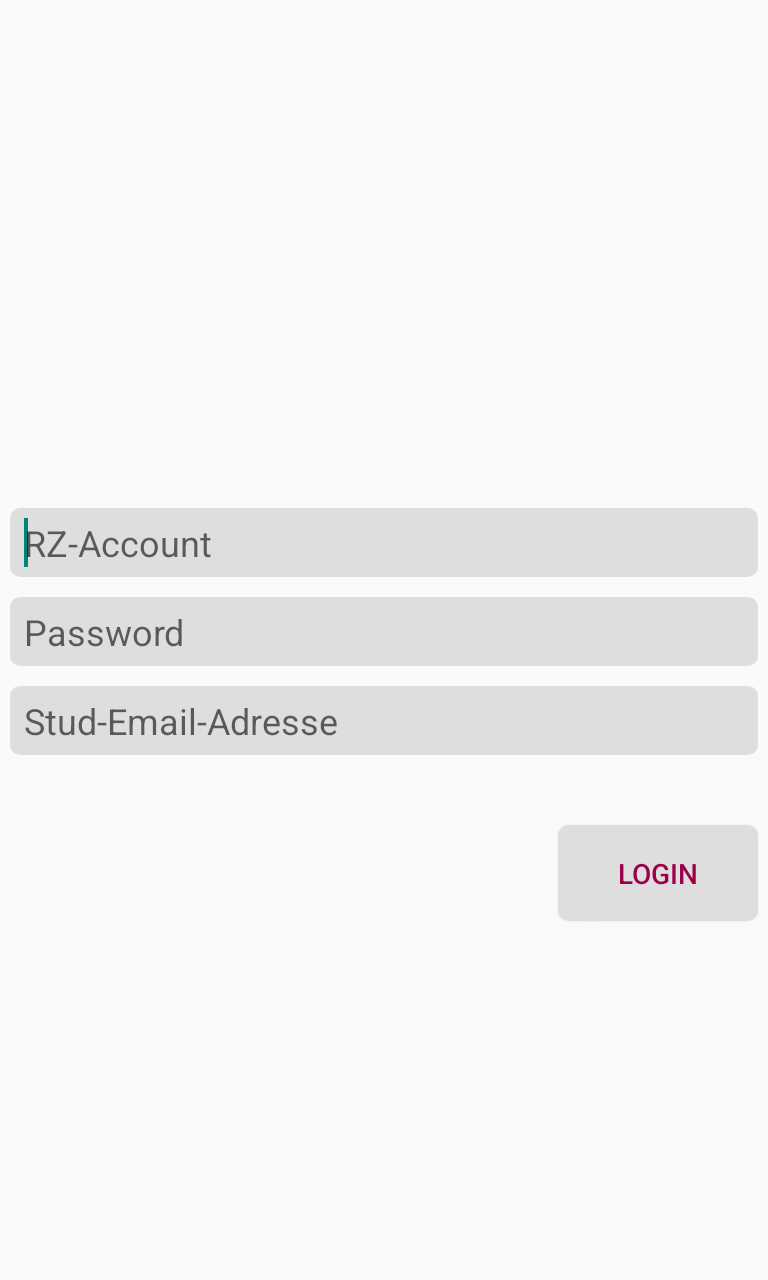
Repository: Kinderfest/Uni
Layout: CampusApp1.5/res/layout/login_layout.xml
An editor plug-in stored every save of this project. The layout is shown before and after the next save, followed by the edit.
It is drawn on a 768 x 1280 px phone screen (xhdpi) without system bars, with theme AppTheme; the app's code is not run.

Above is the layout before, as saved 2014-09-28 20:17:39.

After the next save:
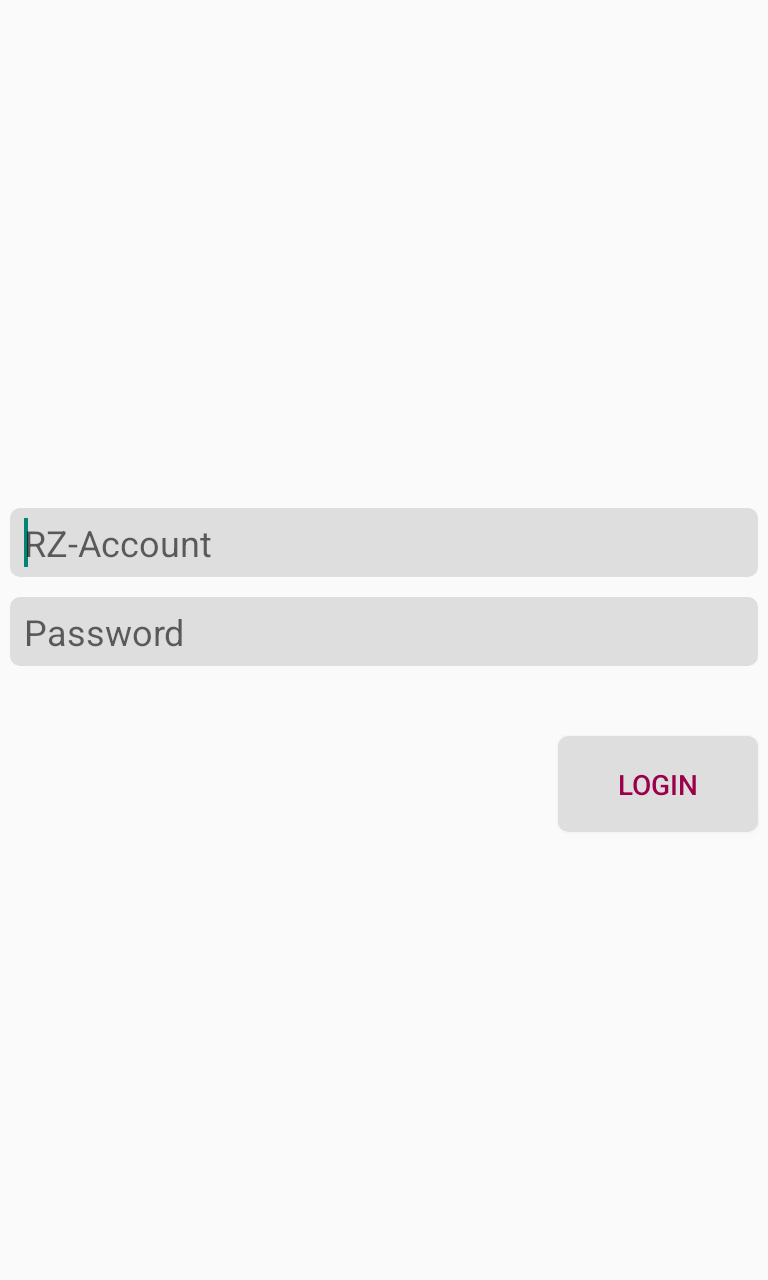
Saved 60 s later.
--- a/CampusApp1.5/res/layout/login_layout.xml
+++ b/CampusApp1.5/res/layout/login_layout.xml
@@ -1,5 +1,4 @@
-<?xml version="1.0" encoding="utf-8"?>
-<RelativeLayout xmlns:android="http://schemas.android.com/apk/res/android"
+<?xml version="1.0" encoding="utf-8"?><RelativeLayout xmlns:android="http://schemas.android.com/apk/res/android"
     android:layout_width="match_parent"
     android:layout_height="match_parent"
     android:orientation="vertical"
@@ -40,26 +39,14 @@
         android:hint="Password"
         android:inputType="textPassword" />
 
-    <EditText
-        android:id="@+id/editTextEmail"
-        android:singleLine="true"
-        android:layout_below="@+id/editTextPass"
-        android:background="@drawable/login_edit_text"
-        android:layout_width="fill_parent"
-        android:layout_margin="5dp"
-        android:layout_height="wrap_content"
-        android:ems="10"
-        android:hint="Stud-Email-Adresse"
-        android:inputType="textEmailAddress"
-        android:layout_marginBottom="50dp"/>
 
 
     <Button
         android:id="@+id/button1"
-        android:layout_below="@+id/editTextEmail"
+        android:layout_below="@+id/editTextPass"
         android:background="@drawable/login_edit_text"
         android:textColor="@color/heidenelke"
-        android:layout_alignRight="@+id/editTextEmail"
+        android:layout_alignRight="@+id/editTextPass"
         android:layout_marginTop="30dp"
         android:layout_width="100dp"
         android:layout_height="wrap_content"
